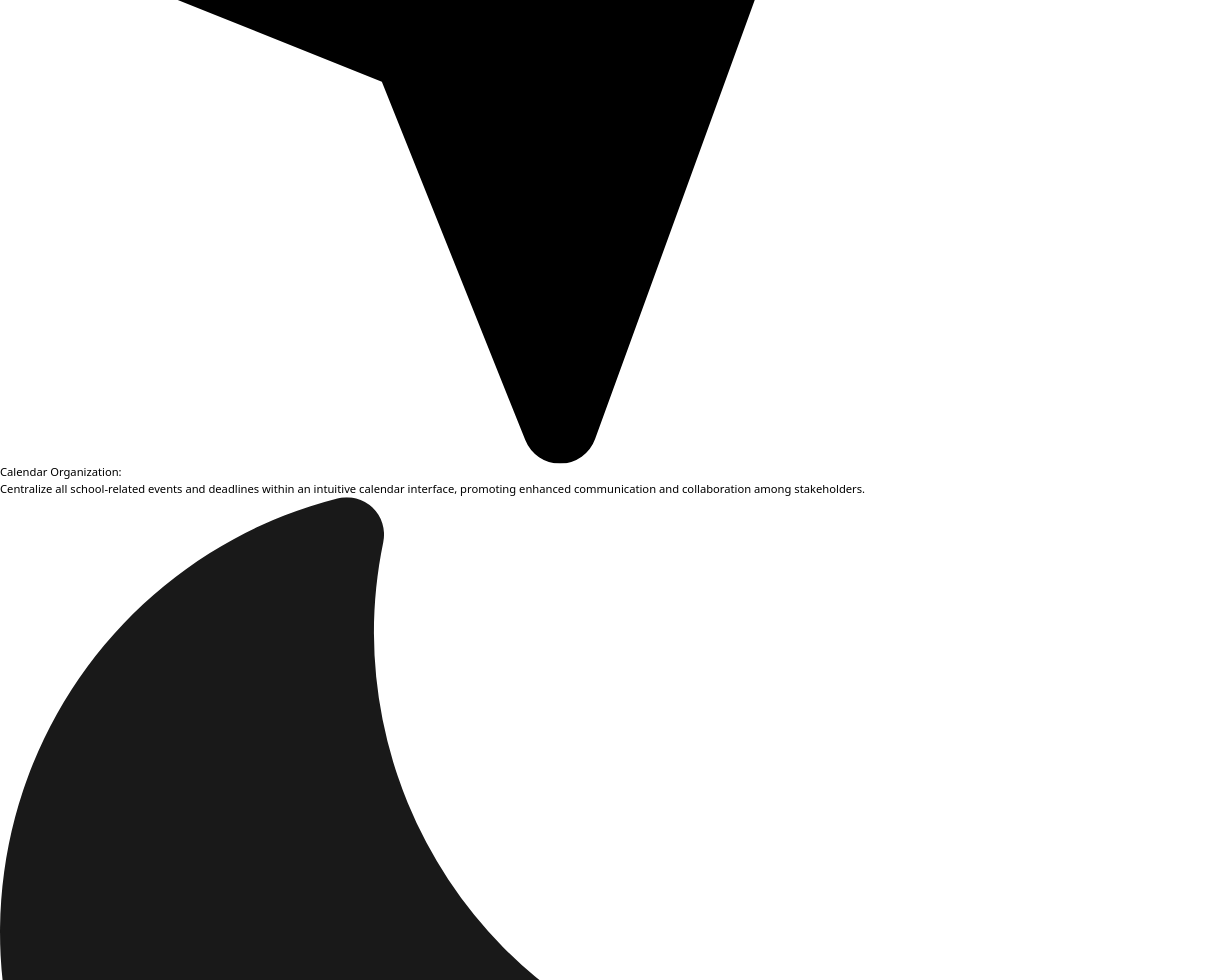
Repository: BarrySong97/flysky-landing
Page: /
These files come from the project's save history. The page is drawn as it stood at one moment and after the next save; the edit follows.
The browser window is 1280 px wide. The page is 1760 px wide, so the pictures cover 1760 px, including what lies to the right of the window. The pictures show the part of the page from y = 2195 to 3595 px (the page is 23775 px tall), at 70% of full size.
The project was rebuilt for these pictures with package versions that can differ from the ones it lists, and the page was loaded fresh each time. Also part of the build but not shown: vite.config.js, src/partials/Banner.jsx, src/pages/SignIn.jsx, src/pages/SignUp.jsx, src/pages/ResetPassword.jsx.

Above is the page before, as saved 2023-12-10 09:48:05.

After the next save:
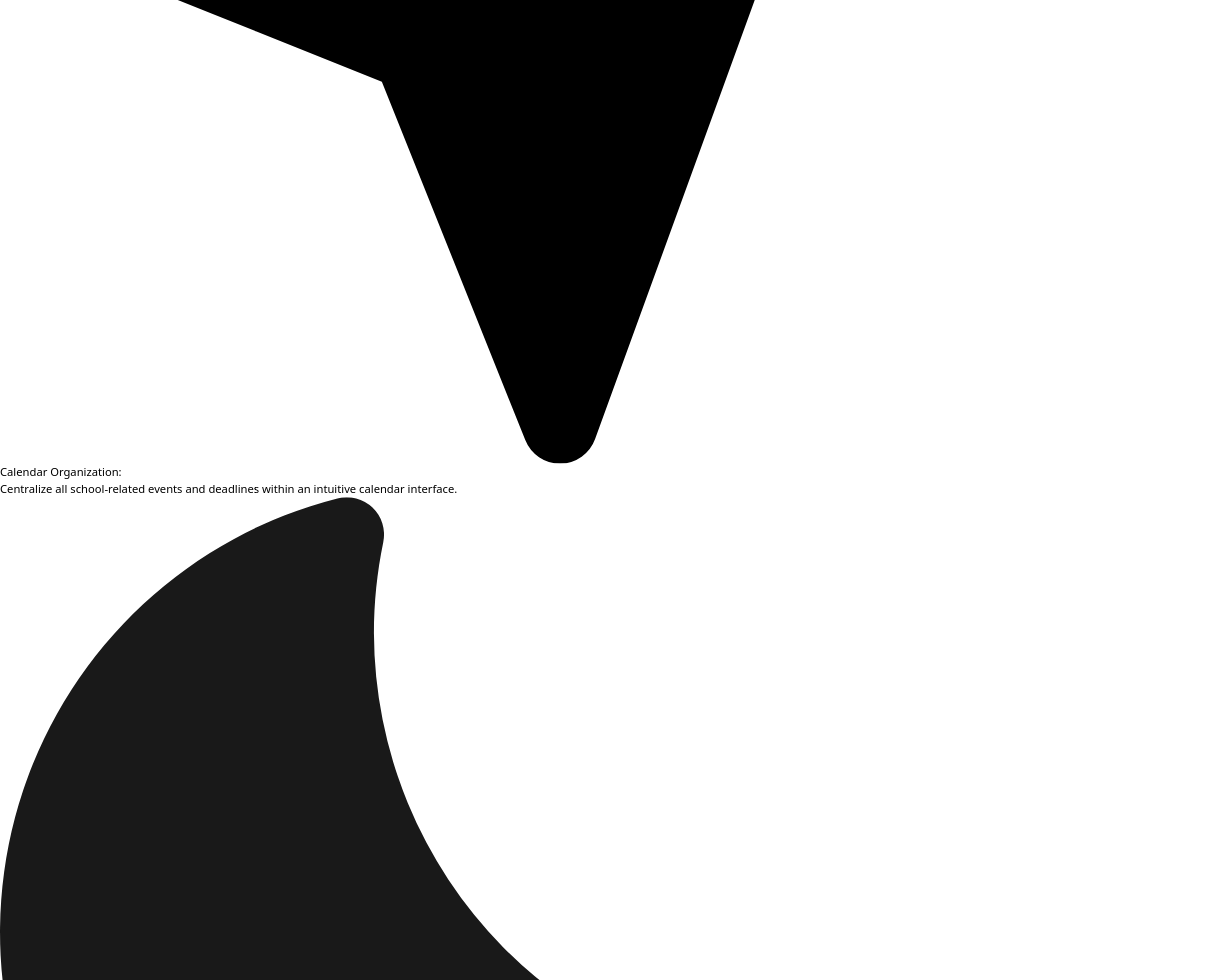
Saved 19 s later.
--- a/src/partials/Features.jsx
+++ b/src/partials/Features.jsx
@@ -108,8 +108,7 @@ function Features() {
                     </div>
                     <div className="text-gray-600">
                       Centralize all school-related events and deadlines within
-                      an intuitive calendar interface, promoting enhanced
-                      communication and collaboration among stakeholders.
+                      an intuitive calendar interface.
                     </div>
                   </div>
                   <div className="flex justify-center items-center w-8 h-8 bg-white rounded-full shadow flex-shrink-0 ml-3">
